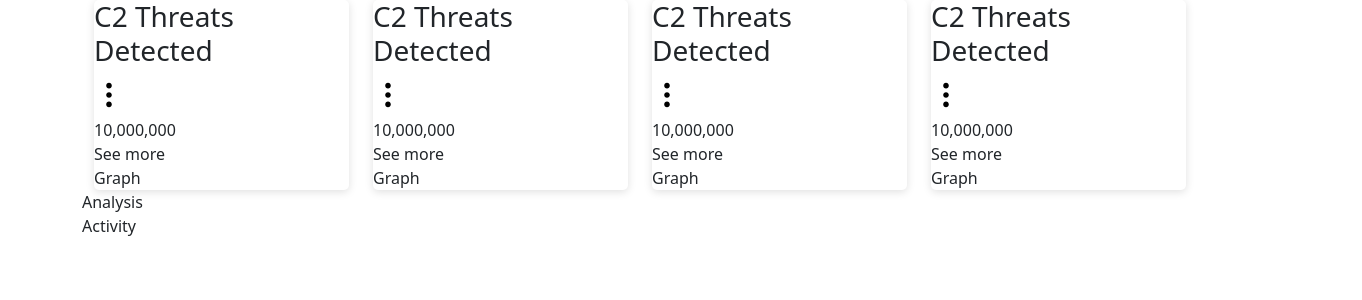
Repository: badhon252/dashboard
Page: /
The author's editor kept a copy of each file at every save. The page is drawn from the files as they stood at one save, then again after the next save.
The browser window is 1280 px wide. The page is 1280 px wide, then 1362 px, then 1280 px, so the pictures cover 1362 px, including what lies to the right of the window. The pictures show the whole page.
The project was rebuilt for these pictures with package versions that can differ from the ones it lists, and the page was loaded fresh each time. Also part of the build but not shown: vite.config.js, src/index.css.

Above is the page before, as saved 2023-01-27 01:03:46.

After the next save:
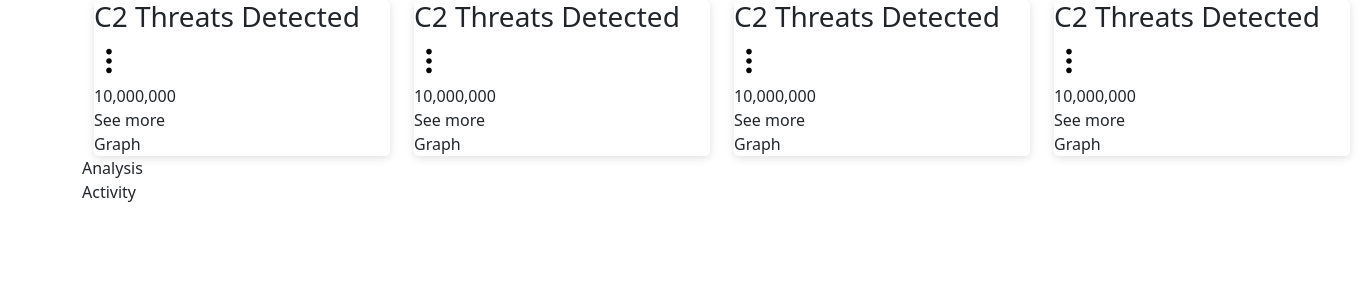
Saved 17 s later.
--- a/src/Components/Status/Status.css
+++ b/src/Components/Status/Status.css
@@ -1,4 +1,6 @@
-#status {}
+#status {
+    min-width: 100vw;
+}
 
 
 /* Card css  */

After the save that followed:
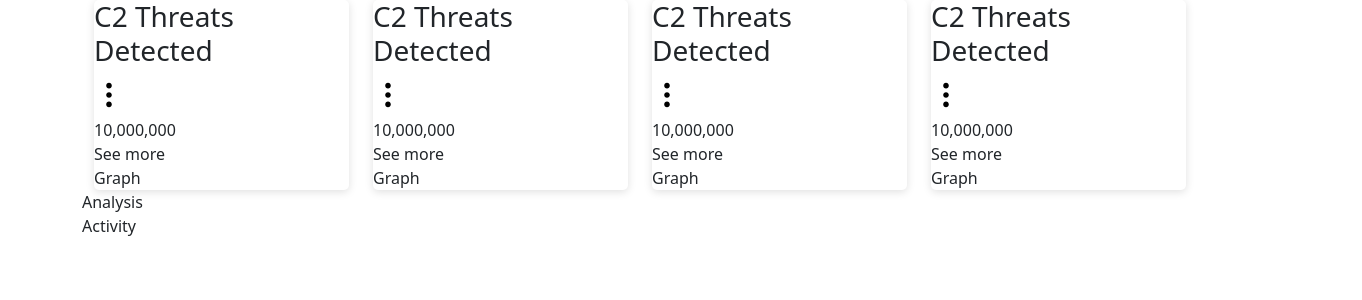
Saved 4 s later.
--- a/src/Components/Status/Status.css
+++ b/src/Components/Status/Status.css
@@ -1,6 +1,4 @@
-#status {
-    min-width: 100vw;
-}
+#status {}
 
 
 /* Card css  */
